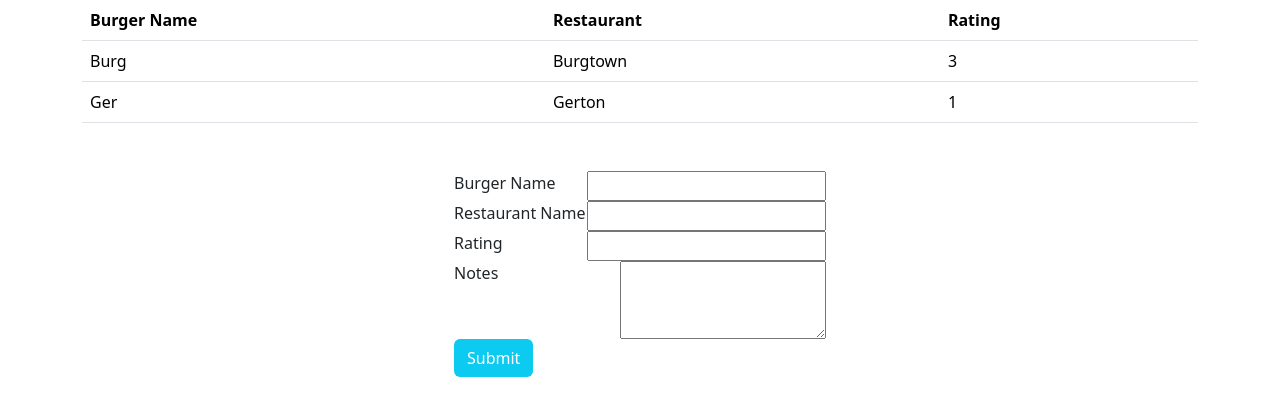
Repository: Hokusai12/Java_Dojo
Page: http://localhost/burgertracker/WEB-INF/index.jsp
The author's editor kept a copy of each file at every save. The page is drawn from the files as they stood at one save, then again after the next save.
The browser window is 1280 px wide. The pictures show the whole page.
The page is served by Tomcat 9. Nobody is signed in. The template is opened directly, without the code that normally fills it, so the values that code supplies are empty.

Above is the page before, as saved 2023-03-05 18:24:01.

After the next save:
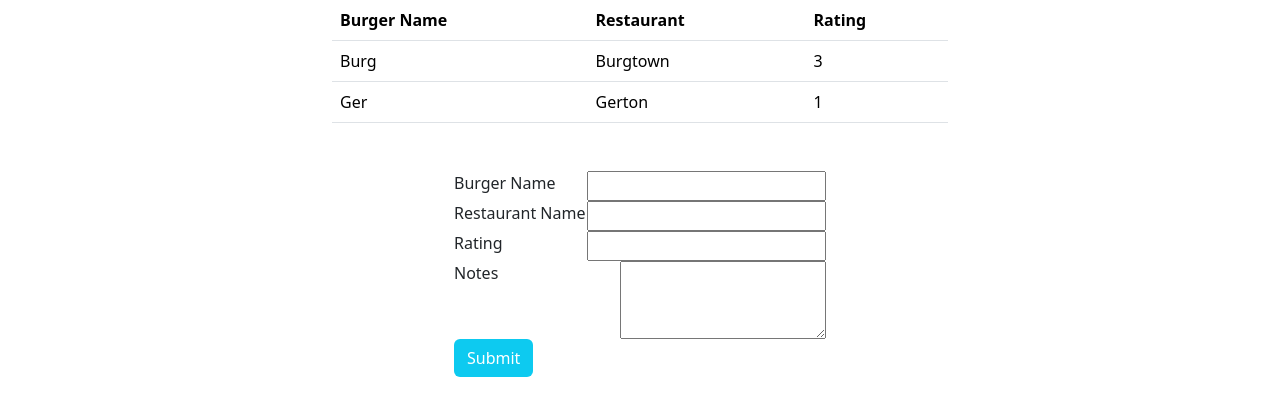
Saved 24 s later.
--- a/Spring/MVC/burgertracker/src/main/webapp/WEB-INF/index.jsp
+++ b/Spring/MVC/burgertracker/src/main/webapp/WEB-INF/index.jsp
@@ -9,8 +9,8 @@
 <title>Burgerator</title>
 </head>
 <body>
-	<div class="container">
-		<table class="table col-6">
+	<div class="container col-6">
+		<table class="table">
 			<thead>
 				<tr>
 					<th>Burger Name</th>
